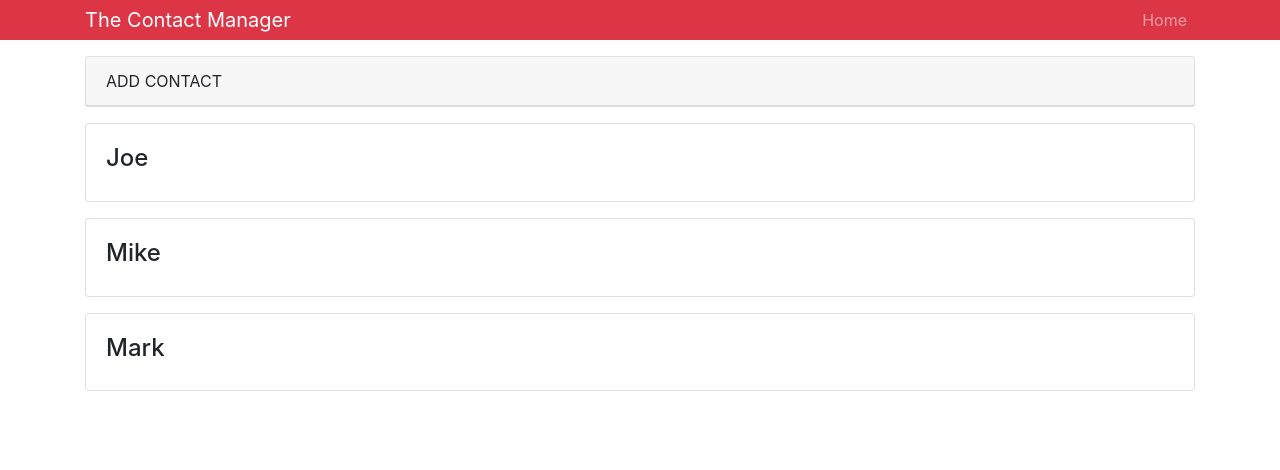
Repository: MikeTroianello/Contact-Manager
Page: /test
The author's editor kept a copy of each file at every save. The page is drawn from the files as they stood at one save, then again after the next save.
The browser window is 1280 px wide. The pictures show the whole page.
The project was rebuilt for these pictures with package versions that can differ from the ones it lists, and the page was loaded fresh each time. Also part of the build but not shown: src/App.css.

Above is the page before, as saved 2019-05-19 23:45:21.

After the next save:
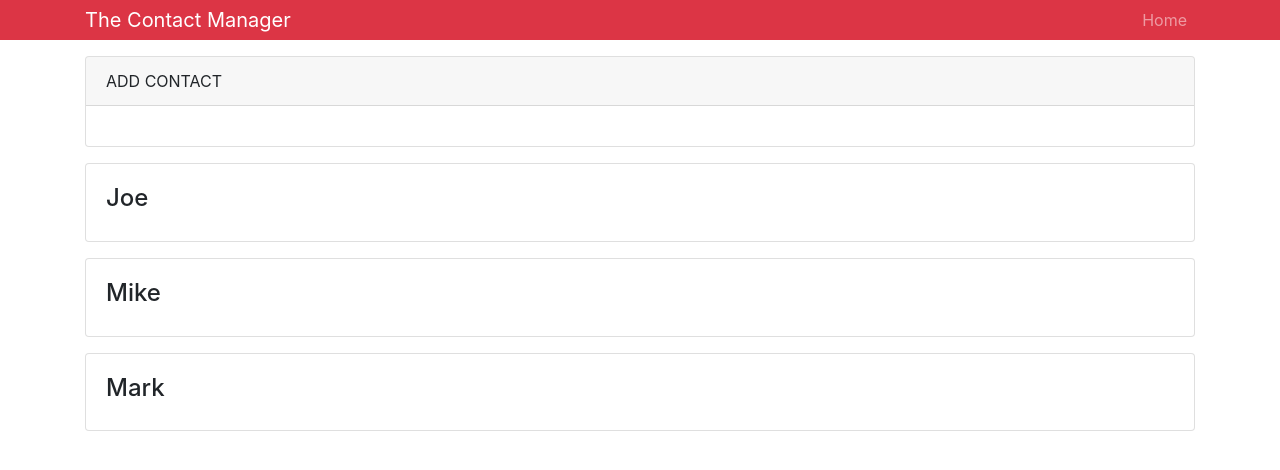
Saved 49 s later.
--- a/src/components/contacts/AddContact.js
+++ b/src/components/contacts/AddContact.js
@@ -11,6 +11,9 @@ class AddContact extends Component {
     return (
       <div className="card mb-3">
         <div className="card-header">ADD CONTACT</div>
+        <div className="card-body">
+          <form />
+        </div>
       </div>
     );
   }
